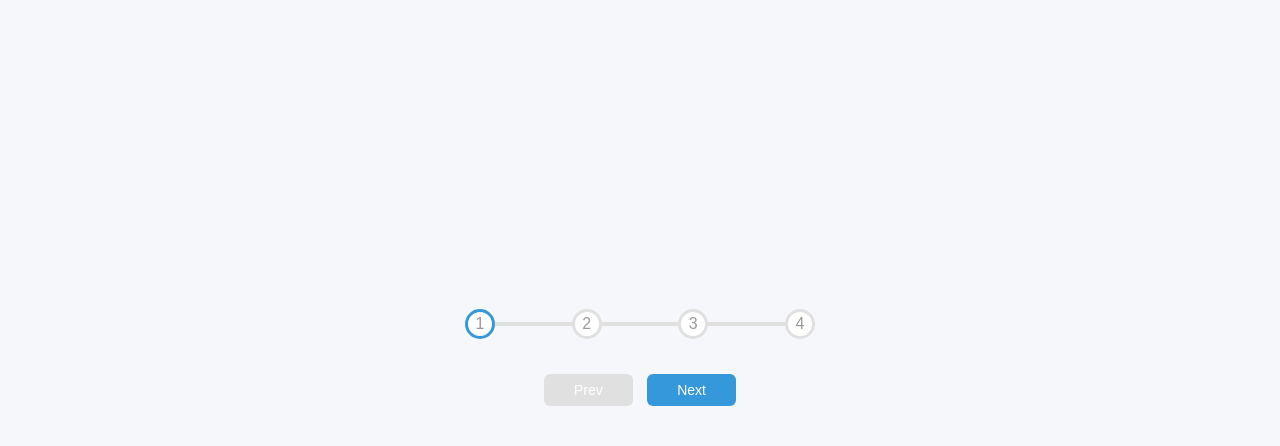
Repository: MMXiaohang/50projects50days-copy
Page: 2-progress-steps/index copy.html
An editor plug-in stored every save of this project. The page is shown before and after the next save, followed by the edit.
The browser window is 1280 px wide. The pictures show the whole page.
The first visible `.btn` has the focus.
Some web fonts or font styles are not loaded; a fallback is used.

Above is the page before, as saved 2022-06-08 16:54:49.

After the next save:
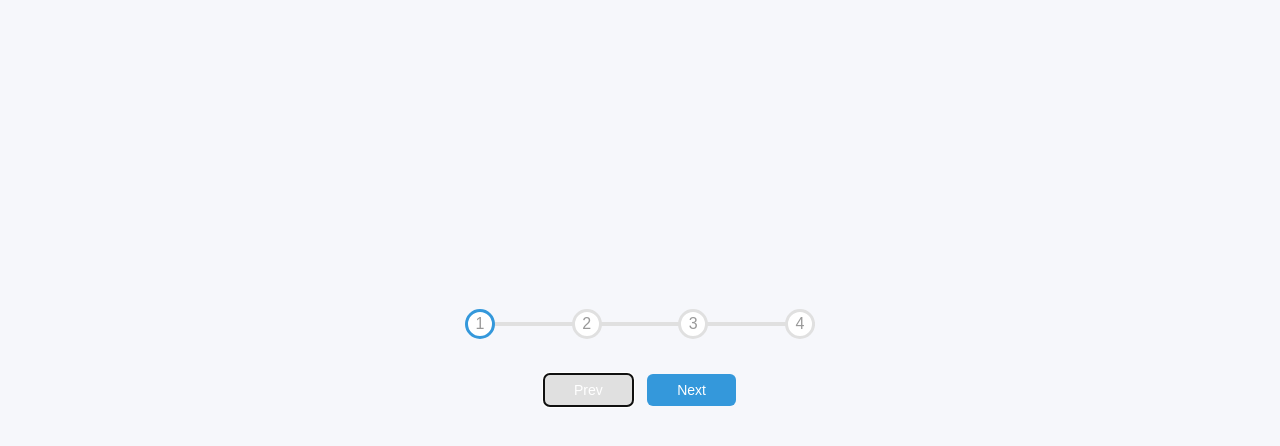
Saved 5 s later.
--- a/2-progress-steps/style copy.css
+++ b/2-progress-steps/style copy.css
@@ -91,7 +91,7 @@
 }
 
 .btn:focus{
-  outline: 0;
+  outline: 10;
 }
 
 .btn:disabled{

After the save that followed:
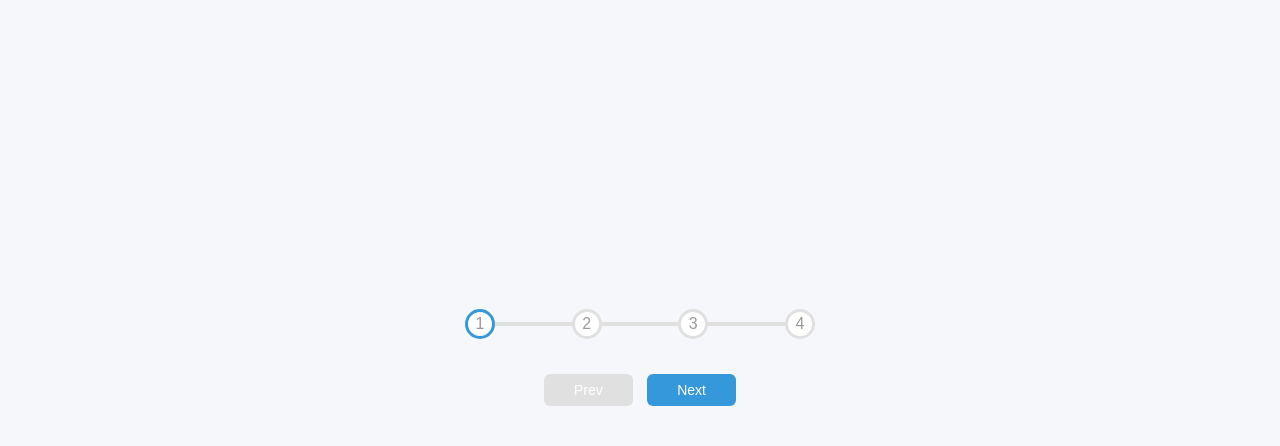
Saved 7 s later.
--- a/2-progress-steps/style copy.css
+++ b/2-progress-steps/style copy.css
@@ -91,7 +91,7 @@
 }
 
 .btn:focus{
-  outline: 10;
+  outline: 0;
 }
 
 .btn:disabled{
